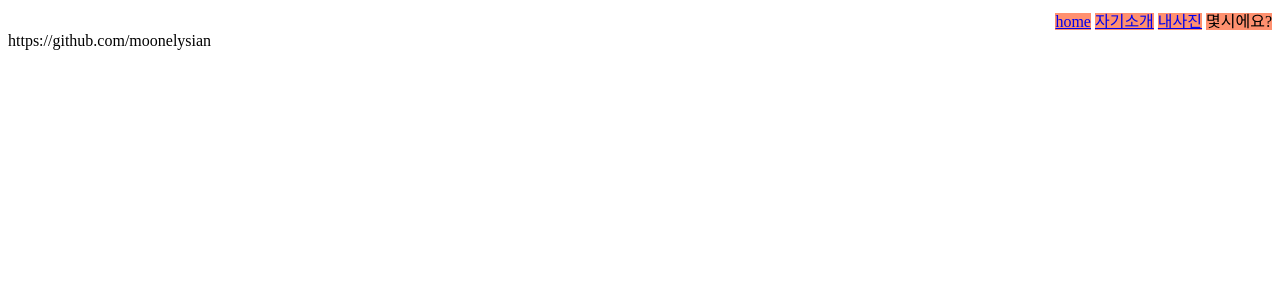
Repository: moonelysian/edwith-
Page: BE_PJT1-1/WebContent/index.html
The author's editor kept a copy of each file at every save. The page is drawn from the files as they stood at one save, then again after the next save.
The browser window is 1280 px wide. The pictures show the whole page.

Above is the page before, as saved 2019-08-07 05:02:52.

### BE_PJT1-1/WebContent/index.html
<!DOCTYPE html>
<html>
	<head>
		<meta charset="UTF-8">
		<title>ABOUT ME</title>
		<link rel="stylesheet" type="text/css" href="style.css" />
	</head>
	<body>
		<nav>
			<a href="index.html">home</a>
			<a href="aboutme.html">자기소개</a>
			<a href="picture.html">내사진</a>
			<a>몇시에요?</a>
		</nav>

	</body>
	<footer>
		https://github.com/moonelysian
	</footer>
</html>

### BE_PJT1-1/WebContent/style.css
@charset "UTF-8";
nav { text-align: right; }
a { background-color:  hsla(14, 100%, 53%, 0.6); }

After the next save:
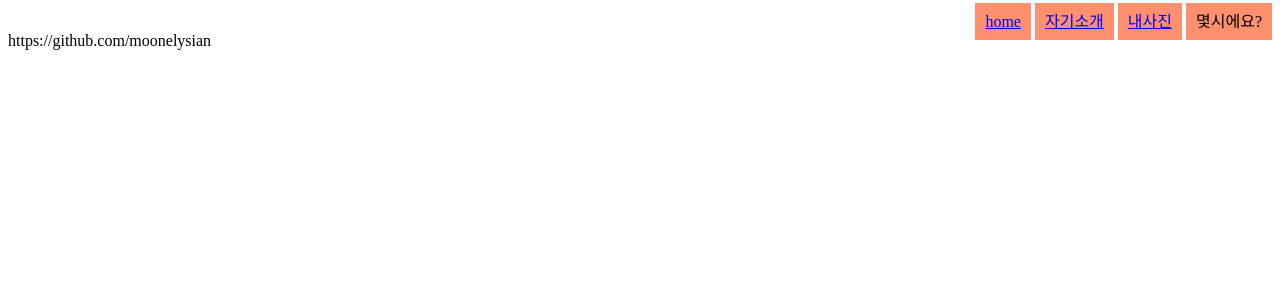
Saved 43 s later.
--- a/BE_PJT1-1/WebContent/style.css
+++ b/BE_PJT1-1/WebContent/style.css
@@ -1,3 +1,6 @@
 @charset "UTF-8";
 nav { text-align: right; }
-a { background-color:  hsla(14, 100%, 53%, 0.6); }
+a {
+	background-color:  hsla(14, 100%, 53%, 0.6);
+	padding: 10px;
+}
